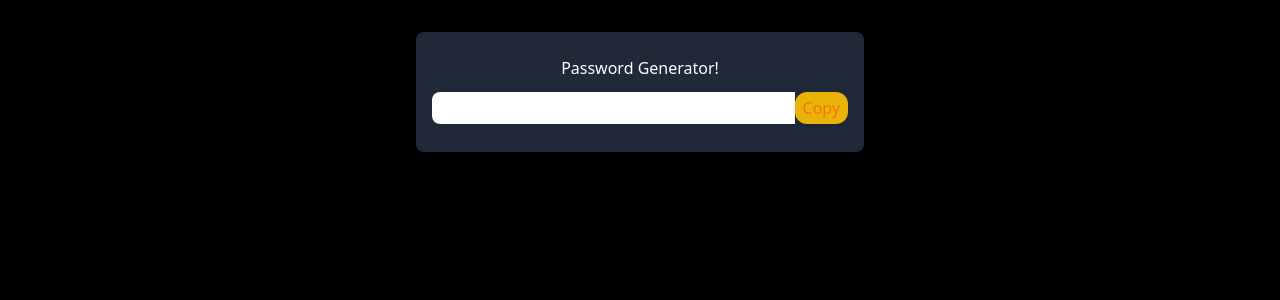
Repository: tirth2014/chai-aur-react
Page: / (app in 05_password-generator/)
An editor plug-in stored every save of this project. The page is shown before and after the next save, followed by the edit.
The browser window is 1280 px wide. The pictures show the whole page.
The project was rebuilt for these pictures with package versions that can differ from the ones it lists, and the page was loaded fresh each time. Also part of the build but not shown: 05_password-generator/vite.config.js.

Above is the page before, as saved 2023-10-07 16:44:37.

After the next save:
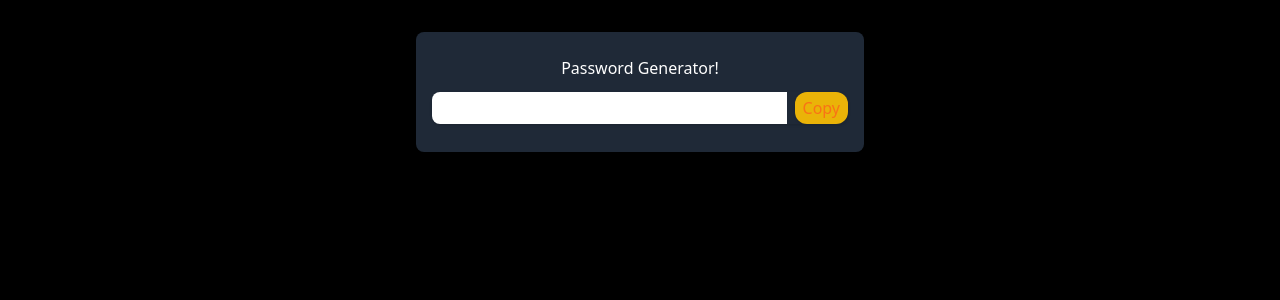
Saved 19 s later.
--- a/05_password-generator/src/App.jsx
+++ b/05_password-generator/src/App.jsx
@@ -19,7 +19,7 @@ function App() {
           value={password}
           className='outline-none w-full py-1 px-3'
           />
-                  <button className='shadow bg-yellow-500 rounded-xl px-2 py-1'>Copy</button>
+                  <button className='shadow bg-yellow-500 rounded-xl px-2 py-1 ml-2'>Copy</button>
 
         </div>
       </div>
